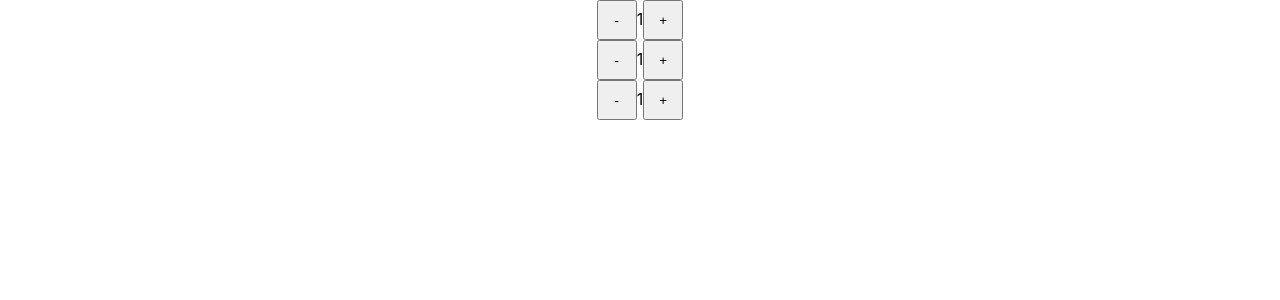
Repository: max535/test-task-netrika
Page: /
These files come from the project's save history. The page is drawn as it stood at one moment and after the next save; the edit follows.
The browser window is 1280 px wide. The pictures show the whole page.
The project was rebuilt for these pictures with package versions that can differ from the ones it lists, and the page was loaded fresh each time.

Above is the page before, as saved 2021-10-16 06:47:22.

After the next save:
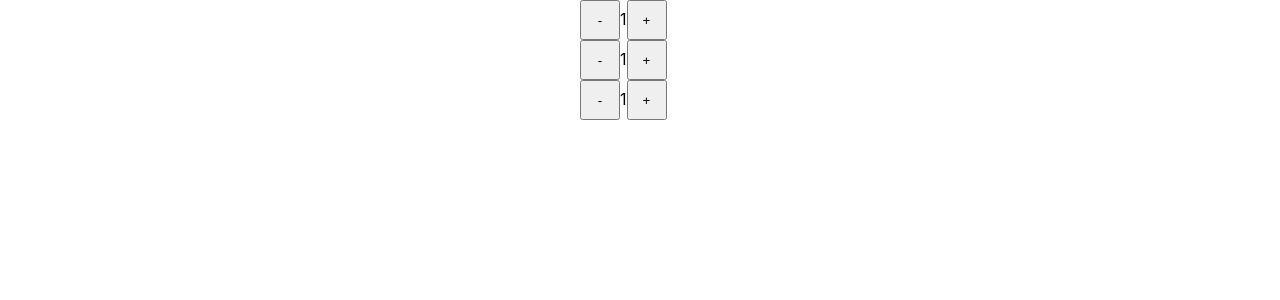
Saved 83 s later.
--- a/src/Counter/Counter.css
+++ b/src/Counter/Counter.css
@@ -1,5 +1,6 @@
 .Counter {
-
+   width: 120px;
+   height: 40px;
 
 }
 
